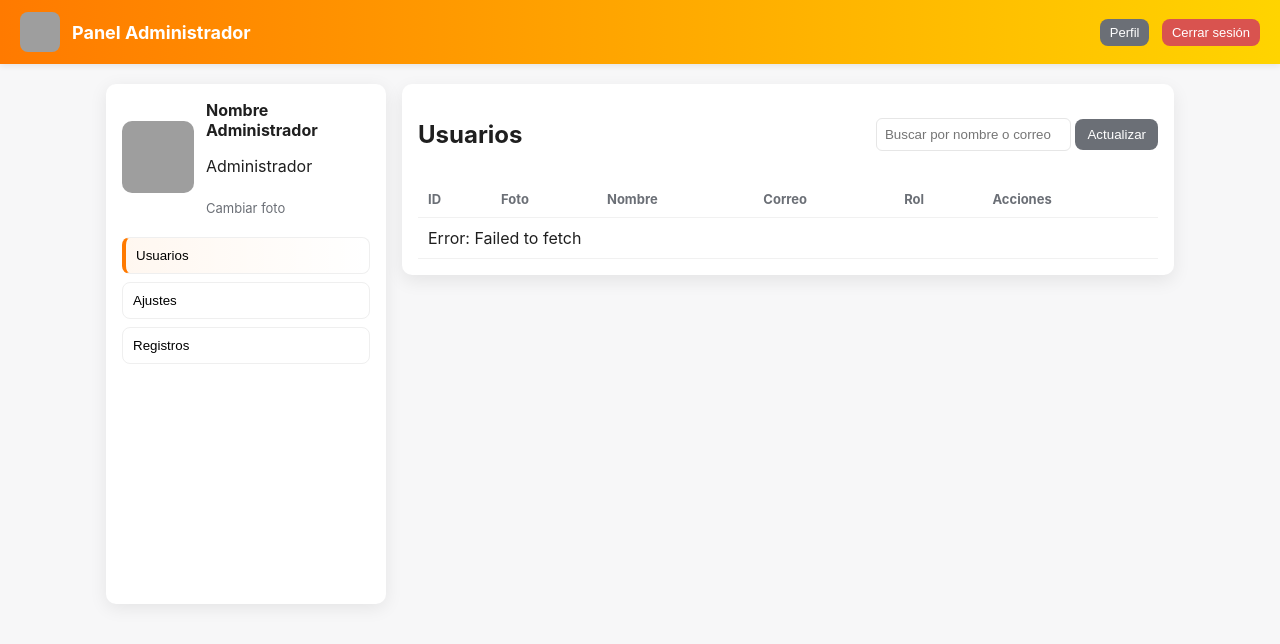
Repository: NicholeAndrade/restaurante-escolar
Page: html/SistemaA.html
The author's editor kept a copy of each file at every save. The page is drawn from the files as they stood at one save, then again after the next save.
The browser window is 1280 px wide. The pictures show the whole page.
Pictures or frames that could not be fetched are drawn as grey boxes. The page's requests for data from a server got no answer.

Above is the page before, as saved 2025-11-11 20:39:45.

### html/SistemaA.html
<!doctype html>
<html lang="es">
<head>
  <meta charset="utf-8" />
  <meta name="viewport" content="width=device-width,initial-scale=1" />
  <title>Panel Administrador — Restaurante</title>
  <link rel="stylesheet" href="/css/administrador.css" />
</head>
<body>
  <header class="topbar">
    <div class="brand">
      <img src="/assets/logo.png" alt="logo" class="logo" />
      <h1>Panel Administrador</h1>
    </div>

    <nav class="nav-actions">
      <button id="btn-profile" class="btn small">Perfil</button>
      <button id="btn-logout" class="btn danger small">Cerrar sesión</button>
    </nav>
  </header>

  <main class="container">
    <aside class="sidebar">
      <div class="profile-card">
        <div class="profile-photo" id="admin-photo">
          <img src="/assets/avatar-placeholder.png" alt="foto admin" />
        </div>
        <div class="profile-info">
          <h2 id="admin-name">Nombre Administrador</h2>
          <p id="admin-role">Administrador</p>
          <label class="change-photo">
            Cambiar foto
            <input id="photo-input" type="file" accept="image/*" hidden />
          </label>
        </div>
      </div>

      <nav class="menu">
        <button class="menu-item active" data-section="users">Usuarios</button>
        <button class="menu-item" data-section="settings">Ajustes</button>
        <button class="menu-item" data-section="logs">Registros</button>
      </nav>
    </aside>

    <section class="content">
      <!-- USERS SECTION -->
      <section id="section-users" class="section active">
        <div class="section-header">
          <h2>Usuarios</h2>
          <div>
            <input id="search" placeholder="Buscar por nombre o correo" />
            <button id="btn-refresh" class="btn">Actualizar</button>
          </div>
        </div>

        <table class="users-table">
          <thead>
            <tr>
              <th>ID</th>
              <th>Foto</th>
              <th>Nombre</th>
              <th>Correo</th>
              <th>Rol</th>
              <th>Acciones</th>
            </tr>
          </thead>
          <tbody id="users-tbody">
            <!-- rows dinámicos -->
          </tbody>
        </table>
      </section>

      <!-- SETTINGS PLACEHOLDER -->
      <section id="section-settings" class="section">
        <h2>Ajustes del Panel</h2>
        <p>Opciones generales aquí (tema, notificaciones, etc.)</p>
      </section>

      <!-- LOGS PLACEHOLDER -->
      <section id="section-logs" class="section">
        <h2>Registros</h2>
        <p>Registro de cambios y acciones administrativas.</p>
      </section>
    </section>
  </main>

  <!-- Edit Modal -->
  <div id="edit-modal" class="modal hidden">
    <div class="modal-content">
      <header>
        <h3>Editar usuario</h3>
        <button id="close-modal" class="btn close">&times;</button>
      </header>

      <form id="edit-form">
        <input type="hidden" name="id" id="user-id" />
        <label>
          Nombre
          <input type="text" id="user-name" name="name" required />
        </label>
        <label>
          Correo
          <input type="email" id="user-email" name="email" required />
        </label>
        <label>
          Rol
          <select id="user-role" name="role">
            <option value="admin">Admin</option>
            <option value="empleado">Empleado</option>
            <option value="cliente">Cliente</option>
          </select>
        </label>
        <label>
          Nueva contraseña (opcional)
          <input type="password" id="user-password" name="password" />
        </label>

        <div class="modal-actions">
          <button type="submit" class="btn primary">Guardar</button>
          <button type="button" id="cancel-edit" class="btn">Cancelar</button>
        </div>
      </form>
    </div>
  </div>



  <script src="admin.js"></script>
</body>
</html>

### css/administrador.css
:root{
  --naranja: #ff7a00;
  --verde: #2fa84f;
  --rojo: #d9534f;
  --gris: #6b6f76;
  --blanco: #ffffff;
  --amarillo: #ffd400;
  --fondo: #f7f7f8;
  --card: #ffffff;
  --shadow: rgba(16,16,16,0.08);
  --radius: 10px;
  --max-width: 1100px;
  --gap: 16px;
  font-family: Inter, system-ui, Arial, sans-serif;
  color: #222;
}

*{box-sizing:border-box}
body{
  margin:0;
  background:var(--fondo);
  color: #1f1f1f;
  -webkit-font-smoothing:antialiased;
  -moz-osx-font-smoothing:grayscale;
}

.topbar{
  display:flex;
  justify-content:space-between;
  align-items:center;
  padding:12px 20px;
  background: linear-gradient(90deg, var(--naranja), var(--amarillo));
  color:var(--blanco);
  box-shadow: 0 2px 6px var(--shadow);
}

.brand{display:flex;align-items:center;gap:12px}
.brand h1{font-size:18px;margin:0}
.logo{height:40px;width:40px;border-radius:8px;object-fit:cover}

.nav-actions .btn{margin-left:8px}

.container{
  max-width:var(--max-width);
  margin:20px auto;
  display:grid;
  grid-template-columns:280px 1fr;
  gap:var(--gap);
  padding:0 16px;
}

/* Sidebar */
.sidebar{
  background:var(--card);
  padding:16px;
  border-radius:var(--radius);
  box-shadow: 0 4px 18px var(--shadow);
}

.profile-card{display:flex;gap:12px;align-items:center}
.profile-photo img{width:72px;height:72px;border-radius:10px;object-fit:cover}
.profile-info h2{margin:0;font-size:16px}
.change-photo{display:inline-block;margin-top:8px;font-size:13px;color:var(--gris);cursor:pointer}

/* Menu */
.menu{margin-top:20px;display:flex;flex-direction:column;gap:8px}
.menu-item{
  background:transparent;border:1px solid #efefef;padding:10px;border-radius:8px;text-align:left;cursor:pointer;
}
.menu-item.active{border-left:4px solid var(--naranja);background:linear-gradient(90deg, rgba(255,122,0,0.06), transparent)}

/* Content */
.content{min-height:520px}
.section{display:none;background:var(--card);padding:16px;border-radius:var(--radius);box-shadow:0 6px 18px var(--shadow)}
.section.active{display:block}

.section-header{display:flex;justify-content:space-between;align-items:center;margin-bottom:12px}
.section-header input{padding:8px;border-radius:6px;border:1px solid #e6e6e6}

.users-table{width:100%;border-collapse:collapse;background:var(--card)}
.users-table th, .users-table td{padding:10px;border-bottom:1px solid #f1f1f1;text-align:left}
.users-table th{font-size:13px;color:var(--gris)}
.users-photo{width:48px;height:48px;border-radius:8px;object-fit:cover}

/* Buttons */
.btn{
  padding:8px 12px;border-radius:8px;border:0;cursor:pointer;background:var(--gris);color:var(--blanco)
}
.btn.small{padding:6px 10px;font-size:13px}
.btn.primary{background:var(--verde)}
.btn.danger{background:var(--rojo)}
.btn.close{background:transparent;color:var(--gris);font-size:20px;padding:4px 8px}

/* Modal */
.modal{position:fixed;inset:0;display:flex;align-items:center;justify-content:center;background:rgba(10,10,10,0.3);z-index:40}
.modal.hidden{display:none}
.modal-content{width:420px;background:var(--card);padding:16px;border-radius:12px;box-shadow:0 10px 30px var(--shadow)}
.modal-content header{display:flex;justify-content:space-between;align-items:center;margin-bottom:8px}
.modal-content label{display:block;margin:8px 0}
.modal-actions{display:flex;gap:8px;justify-content:flex-end;margin-top:12px}

/* responsive */
@media (max-width: 800px){
  .container{grid-template-columns:1fr; padding: 0 12px}
  .sidebar{order:2}
  .content{order:1}
}

### js/admin.js
// admin.js - interacción ligera
const apiBase = '/api/admin';

document.addEventListener('DOMContentLoaded', () => {
  const sections = document.querySelectorAll('.menu-item');
  const sectionEls = document.querySelectorAll('.section');
  const usersTbody = document.getElementById('users-tbody');
  const refreshBtn = document.getElementById('btn-refresh');
  const searchInput = document.getElementById('search');
  const modal = document.getElementById('edit-modal');
  const closeModalBtn = document.getElementById('close-modal');
  const cancelEdit = document.getElementById('cancel-edit');
  const editForm = document.getElementById('edit-form');

  // navegación
  sections.forEach(btn => btn.addEventListener('click', () => {
    sections.forEach(b=>b.classList.remove('active'));
    btn.classList.add('active');
    const target = btn.dataset.section;
    sectionEls.forEach(s => s.classList.toggle('active', s.id === `section-${target}`));
  }));

  // cargar usuarios
  async function loadUsers(q='') {
    usersTbody.innerHTML = '<tr><td colspan="6">Cargando...</td></tr>';
    try {
      const res = await fetch(`${apiBase}/users?search=${encodeURIComponent(q)}`);
      const json = await res.json();
      if(!res.ok) throw new Error(json.message || 'Error cargando usuarios');
      if(json.users.length === 0){
        usersTbody.innerHTML = '<tr><td colspan="6">No hay usuarios</td></tr>';
        return;
      }
      usersTbody.innerHTML = json.users.map(u => `
        <tr>
          <td>${u.id}</td>
          <td><img class="users-photo" src="${u.photo || '/assets/avatar-placeholder.png'}" alt=""></td>
          <td>${u.name}</td>
          <td>${u.email}</td>
          <td>${u.role}</td>
          <td>
            <button class="btn" data-id="${u.id}" data-action="edit">Editar</button>
            <button class="btn danger" data-id="${u.id}" data-action="delete">Eliminar</button>
          </td>
        </tr>
      `).join('');
    } catch(err){
      usersTbody.innerHTML = `<tr><td colspan="6">Error: ${err.message}</td></tr>`;
    }
  }

  loadUsers();

  refreshBtn.addEventListener('click', () => loadUsers(searchInput.value));
  searchInput.addEventListener('keyup', (e) => {
    if(e.key === 'Enter') loadUsers(searchInput.value);
  });

  // delegación botones tabla
  usersTbody.addEventListener('click', (e) => {
    const btn = e.target.closest('button');
    if(!btn) return;
    const id = btn.dataset.id;
    const action = btn.dataset.action;
    if(action === 'edit') openEditModal(id);
    if(action === 'delete') {
      if(confirm('Eliminar usuario permanentemente?')) deleteUser(id);
    }
  });

  // abrir modal con datos
  async function openEditModal(id) {
    try {
      const res = await fetch(`${apiBase}/users/${id}`);
      const data = await res.json();
      if(!res.ok) throw new Error(data.message || 'No se pudo obtener usuario');
      document.getElementById('user-id').value = data.user.id;
      document.getElementById('user-name').value = data.user.name;
      document.getElementById('user-email').value = data.user.email;
      document.getElementById('user-role').value = data.user.role;
      document.getElementById('user-password').value = '';
      modal.classList.remove('hidden');
    } catch(err){
      alert('Error: ' + err.message);
    }
  }

  closeModalBtn.addEventListener('click', () => modal.classList.add('hidden'));
  cancelEdit.addEventListener('click', () => modal.classList.add('hidden'));

  editForm.addEventListener('submit', async (ev) => {
    ev.preventDefault();
    const id = document.getElementById('user-id').value;
    const payload = {
      name: document.getElementById('user-name').value.trim(),
      email: document.getElementById('user-email').value.trim(),
      role: document.getElementById('user-role').value,
      password: document.getElementById('user-password').value
    };
    try {
      const res = await fetch(`${apiBase}/users/${id}`, {
        method: 'PUT',
        headers: {'Content-Type':'application/json'},
        body: JSON.stringify(payload)
      });
      const json = await res.json();
      if(!res.ok) throw new Error(json.message || 'Error al actualizar');
      modal.classList.add('hidden');
      loadUsers(searchInput.value);
      alert('Usuario actualizado');
    } catch(err){
      alert('Error: ' + err.message);
    }
  });

  // delete
  async function deleteUser(id){
    try {
      const res = await fetch(`${apiBase}/users/${id}`, {method:'DELETE'});
      const json = await res.json();
      if(!res.ok) throw new Error(json.message || 'No se pudo eliminar');
      loadUsers(searchInput.value);
      alert('Usuario eliminado');
    } catch(err){
      alert('Error: ' + err.message);
    }
  }

  // profile photo change (simple upload)
  const photoInput = document.getElementById('photo-input');
  photoInput.addEventListener('change', async () => {
    const file = photoInput.files[0];
    if(!file) return;
    const form = new FormData();
    form.append('photo', file);
    const res = await fetch(`${apiBase}/profile/photo`, {method:'POST', body: form});
    const json = await res.json();
    if(!res.ok) return alert('Error: ' + (json.message || 'No se pudo subir'));
    document.getElementById('admin-photo').querySelector('img').src = json.photo;
  });

  // logout
  document.getElementById('btn-logout').addEventListener('click', async () => {
    await fetch('/api/auth/logout', {method:'POST'});
    window.location.href = '/login.html';
  });

});

After the next save:
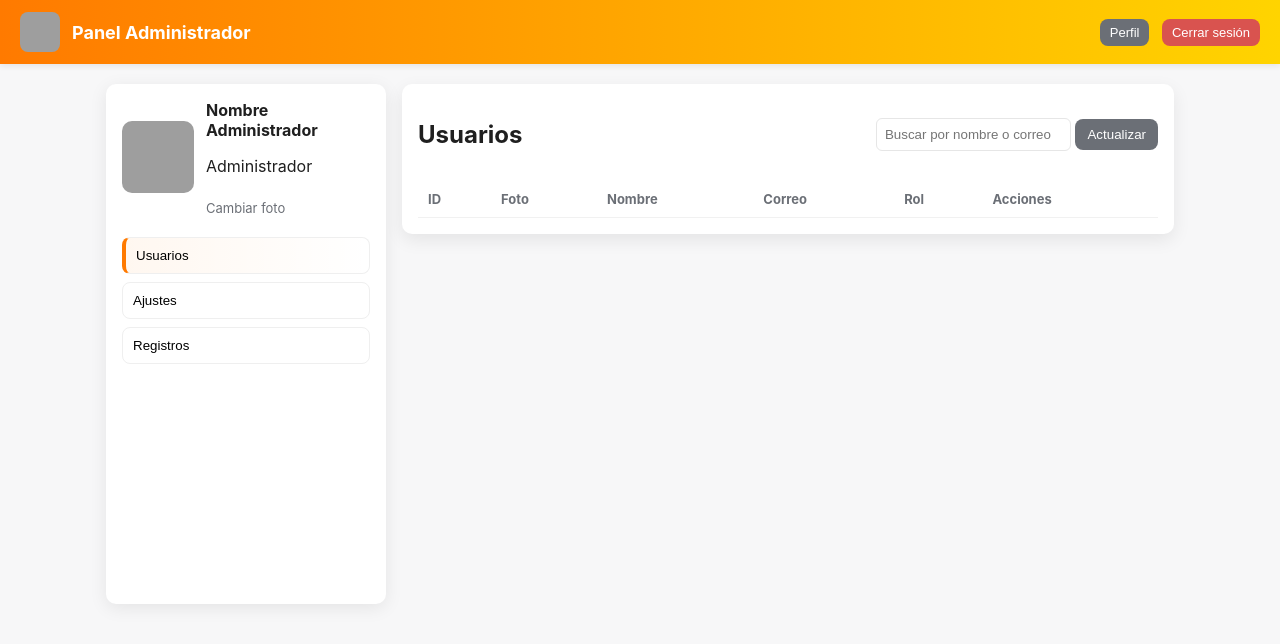
Not found: 
Saved 7 s later.
--- a/html/SistemaA.html
+++ b/html/SistemaA.html
@@ -125,6 +125,6 @@
 
 
 
-  <script src="admin.js"></script>
+  <script src="/"></script>
 </body>
 </html>

After the 2 saves that followed:
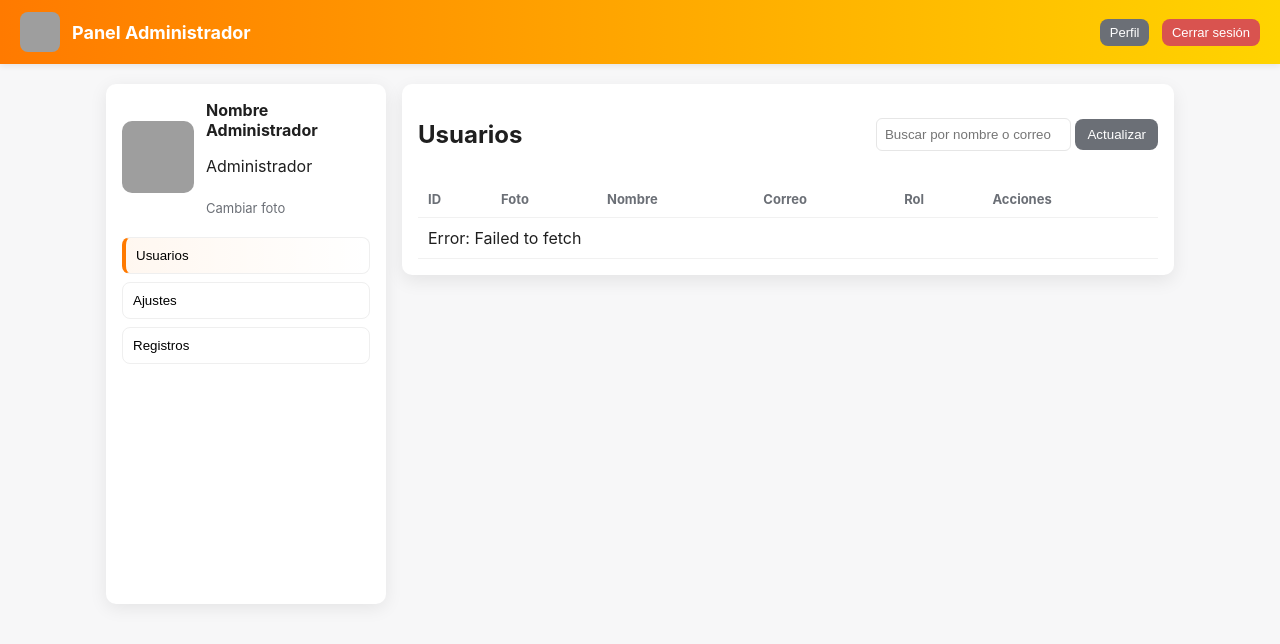
The 2 saves are shown as one change because they came seconds apart.
The last was saved 8 s later.
--- a/html/SistemaA.html
+++ b/html/SistemaA.html
@@ -125,6 +125,6 @@
 
 
 
-  <script src="/"></script>
+  <script src="/js/admin.js"></script>
 </body>
 </html>
